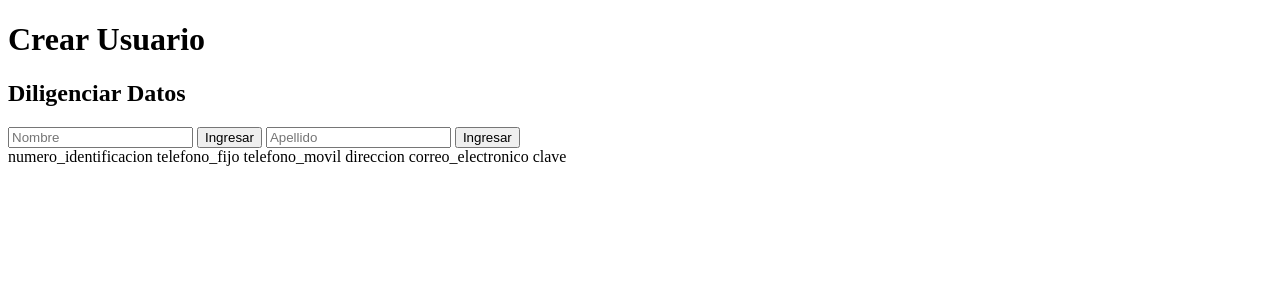
Repository: DA5CH25/kohaku_php
Page: http://localhost/kohaku_php/views/modules/ingresar.php
These files come from the project's save history. The page is drawn as it stood at one moment and after a run of saves; the edit follows.
The browser window is 1280 px wide. The pictures show the whole page.
The page is run by PHP 8.4 with error messages shown; the project is at /var/www/html/.

Above is the page before, as saved 2021-04-26 15:08:14.

After the next 2 saves:
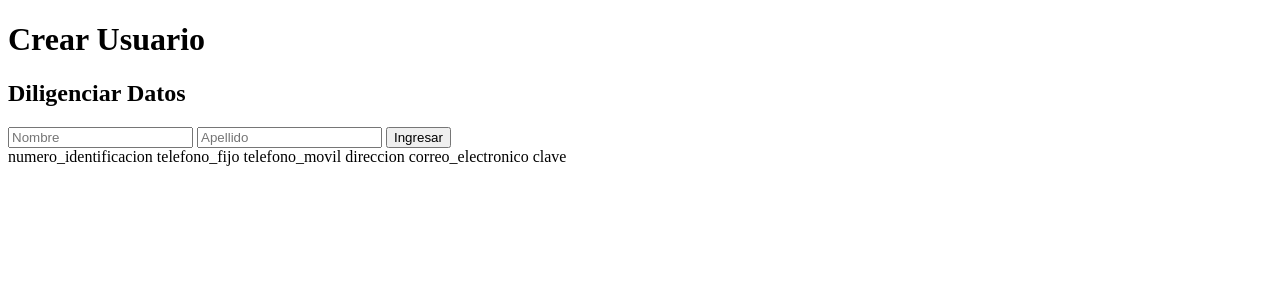
The 2 saves are shown as one change because they came seconds apart.
The last was saved 7 s later.
--- a/views/modules/ingresar.php
+++ b/views/modules/ingresar.php
@@ -12,7 +12,6 @@
 
 	<form action="../controllers/Roles.controlador.php?a=ingr" method="POST">
 		<input name="nombre" placeholder="Nombre" />
-		<input type="submit" value="Ingresar" />
 		<input name="apellido" placeholder="Apellido" />
 		<input type="submit" value="Ingresar" />
 	</form>
